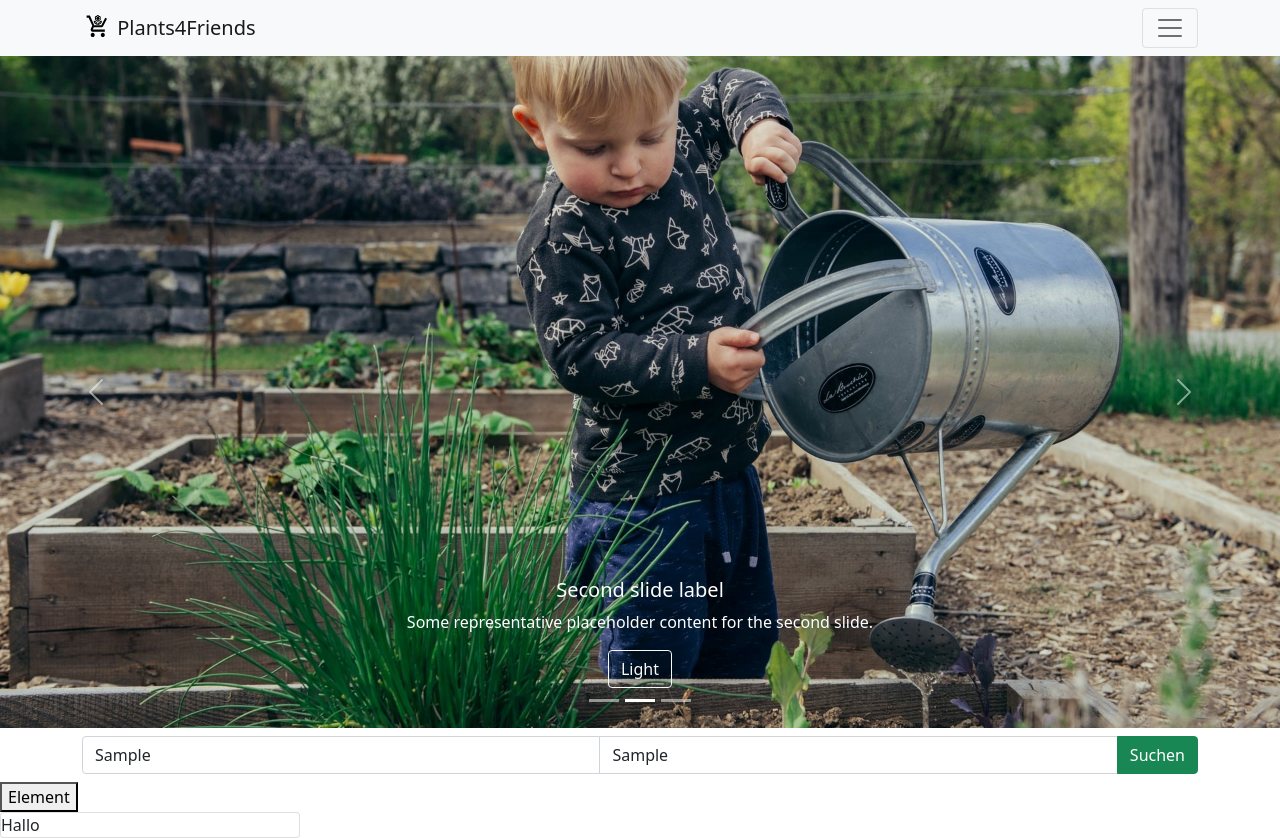
Repository: Carlson43/PlantsForFriends
Page: Website/index.html
An editor plug-in stored every save of this project. The page is shown before and after the next save, followed by the edit.
The browser window is 1280 px wide. The pictures show the whole page.
Empty fields were first filled with sample values (such as "Sample", 5 or name@example.com).
After loading, the first visible `button[onclick="addElement();"]` was clicked once.

Above is the page before, as saved 2022-01-03 21:50:12.

After the next save:
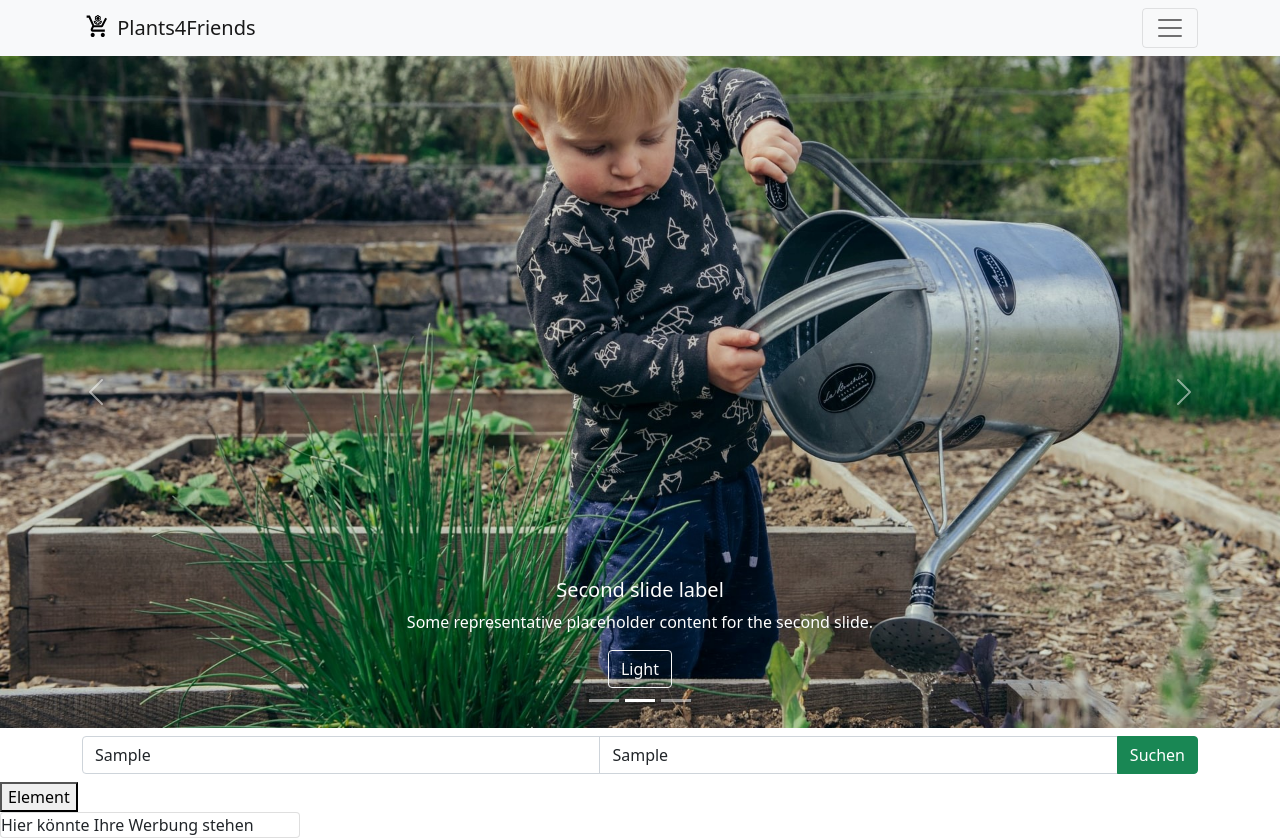
Saved 61 s later.
--- a/Website/Backend.js
+++ b/Website/Backend.js
@@ -136,7 +136,10 @@ function addElement(){
     document.getElementById("Test11").style.width = "300px";
     document.getElementById("Test11").style.length = "300px";
     document.getElementById("Test11").src= "./Design-Ressourcen/Bilder/hand-saplings.jpg";
+
     var heading1 = document.getElementById("Test11");
     heading1.firstChild.nodeValue = "Hallo";
+    var heading2 = document.getElementById("Test11");
+    heading2.firstChild.nodeValue = "Hier könnte Ihre Werbung stehen";
 
 }
